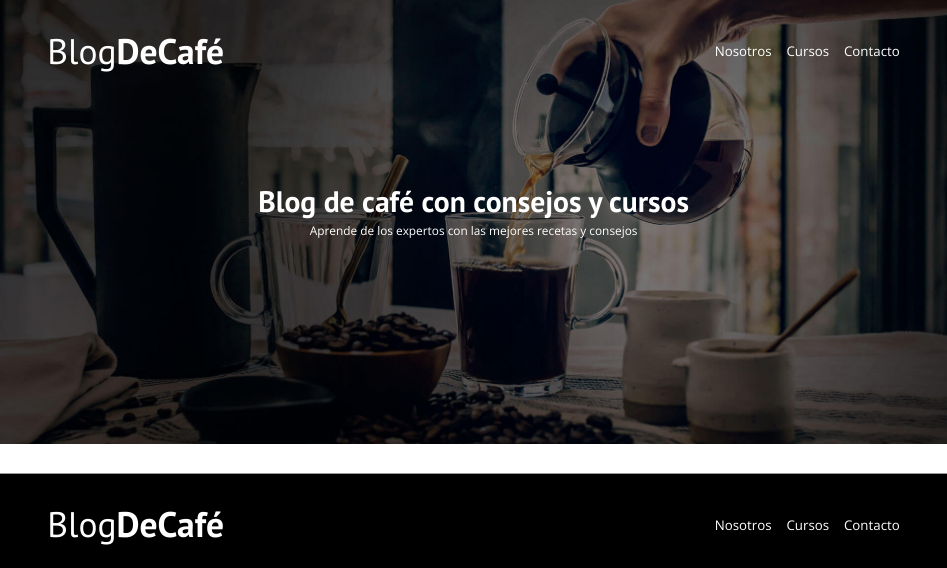
Repository: araque1990/blog_de_cafe
Page: nosotros.html
The author's editor kept a copy of each file at every save. The page is drawn from the files as they stood at one save, then again after the next save.
The browser window is 1280 px wide. The pictures show the whole page, at 74% of full size.

Above is the page before, as saved 2023-01-12 17:52:12.

After the next save:
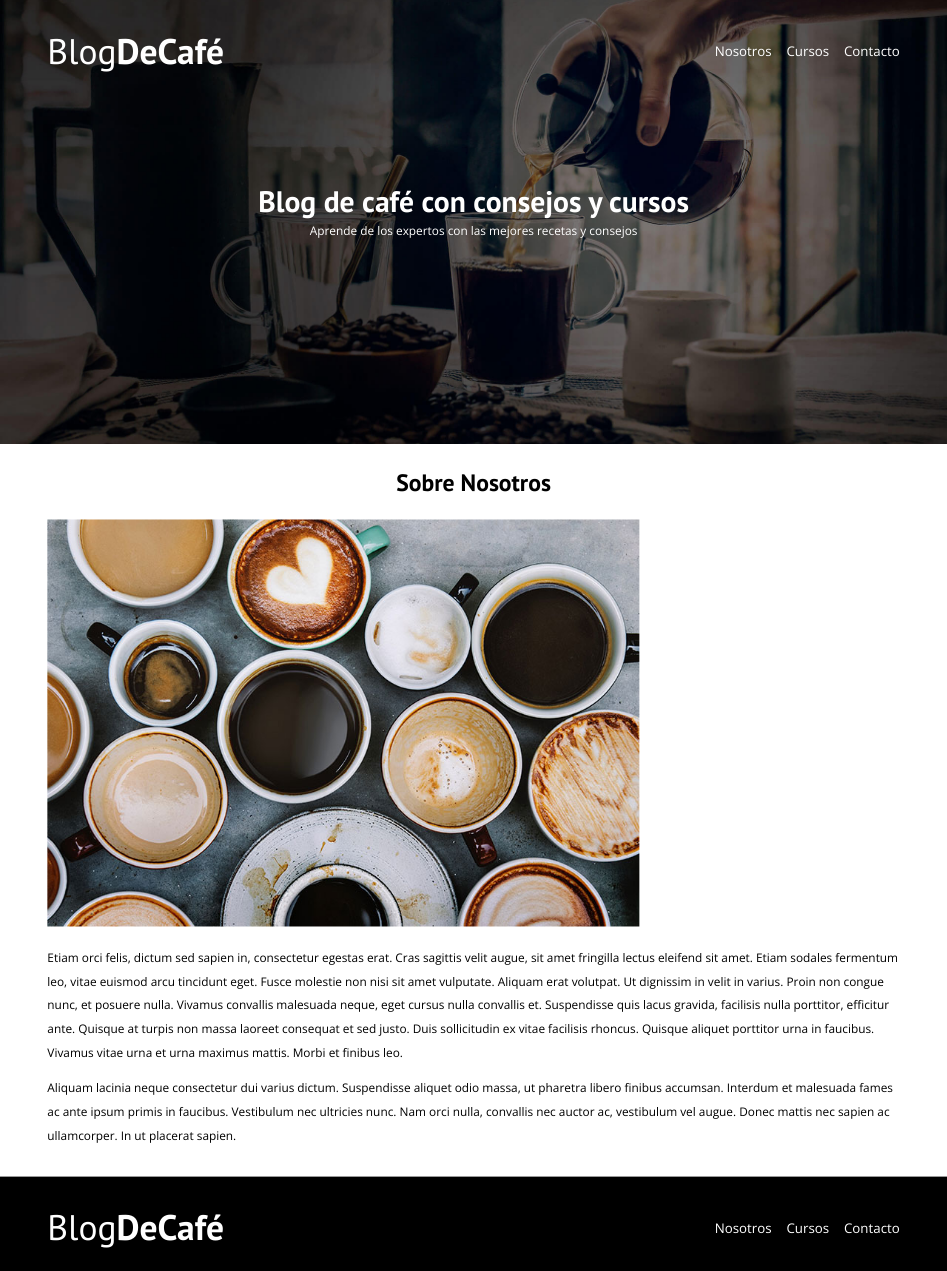
Saved 6 min 1 s later.
--- a/nosotros.html
+++ b/nosotros.html
@@ -31,7 +31,21 @@
     </div>
   </header>
 
+  <main class="contenedor">
+    <h3 class="centrar-texto">Sobre Nosotros</h3>
 
+    <div class="sobre-nosotros">
+      <div class="sobre-nosotros__imagen">
+        <img src="img/nosotros.jpg" alt="imagen nosotros">
+      </div>
+
+      <div class="sobre-nosotros__texto">
+        <p> Etiam orci felis, dictum sed sapien in, consectetur egestas erat. Cras sagittis velit augue, sit amet fringilla lectus eleifend sit amet. Etiam sodales fermentum leo, vitae euismod arcu tincidunt eget. Fusce molestie non nisi sit amet vulputate. Aliquam erat volutpat. Ut dignissim in velit in varius. Proin non congue nunc, et posuere nulla. Vivamus convallis malesuada neque, eget cursus nulla convallis et. Suspendisse quis lacus gravida, facilisis nulla porttitor, efficitur ante. Quisque at turpis non massa laoreet consequat et sed justo. Duis sollicitudin ex vitae facilisis rhoncus. Quisque aliquet porttitor urna in faucibus. Vivamus vitae urna et urna maximus mattis. Morbi et finibus leo.</p>
+
+        <p>Aliquam lacinia neque consectetur dui varius dictum. Suspendisse aliquet odio massa, ut pharetra libero finibus accumsan. Interdum et malesuada fames ac ante ipsum primis in faucibus. Vestibulum nec ultricies nunc. Nam orci nulla, convallis nec auctor ac, vestibulum vel augue. Donec mattis nec sapien ac ullamcorper. In ut placerat sapien.</p>
+      </div>
+    </div>
+  </main>
 
   <footer class="footer">
     <div class="contenedor">
